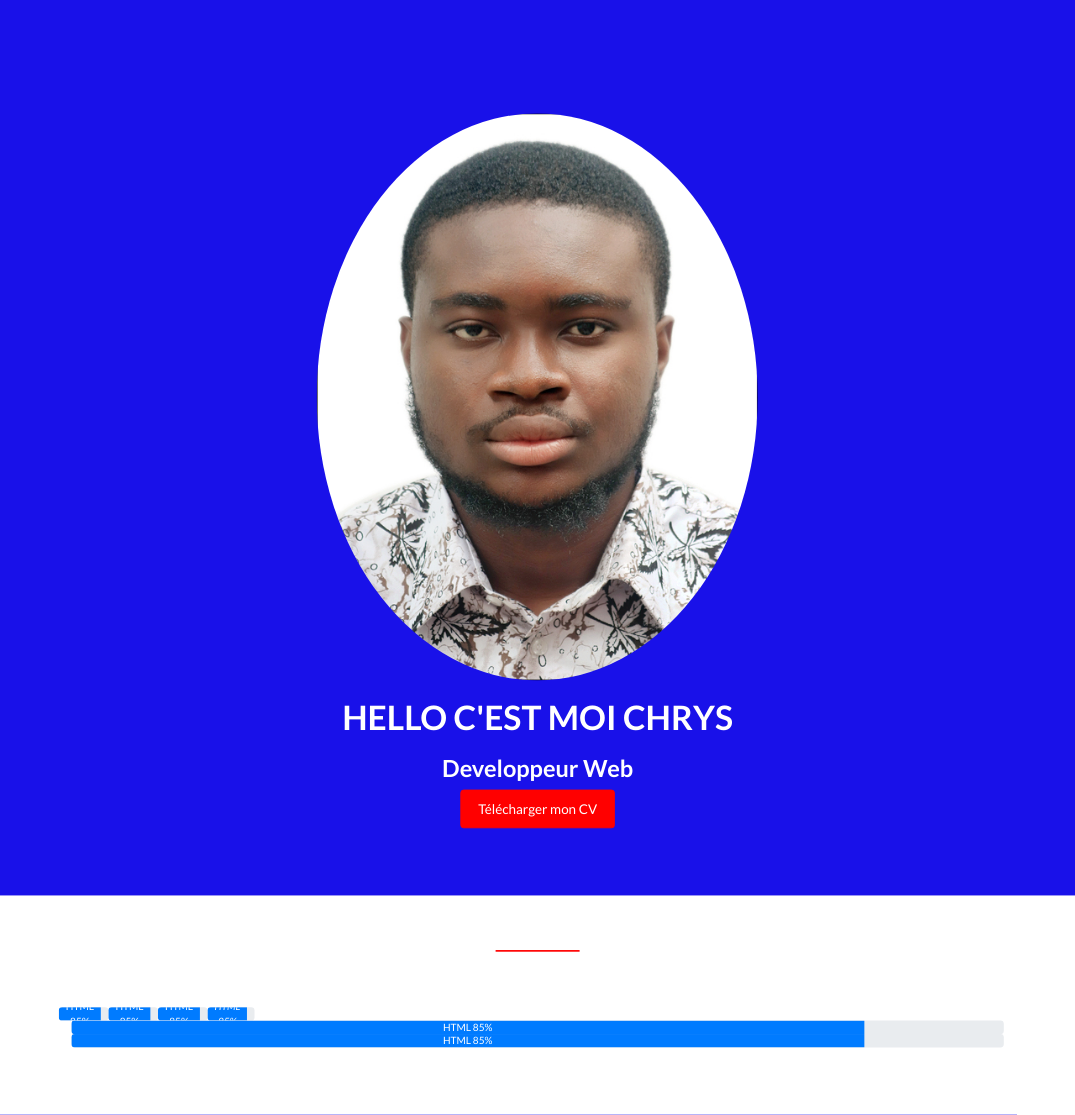
Repository: CHRYSOVR/CV_en_ligne_Interactif
Page: index.html
The author's editor kept a copy of each file at every save. The page is drawn from the files as they stood at one save, then again after the next save.
The browser window is 1280 px wide. The pictures show the whole page, at 84% of full size.

Above is the page before, as saved 2025-07-07 16:30:14.
Console error: TypeError: Cannot read properties of undefined (reading 'fn')

After the next save:
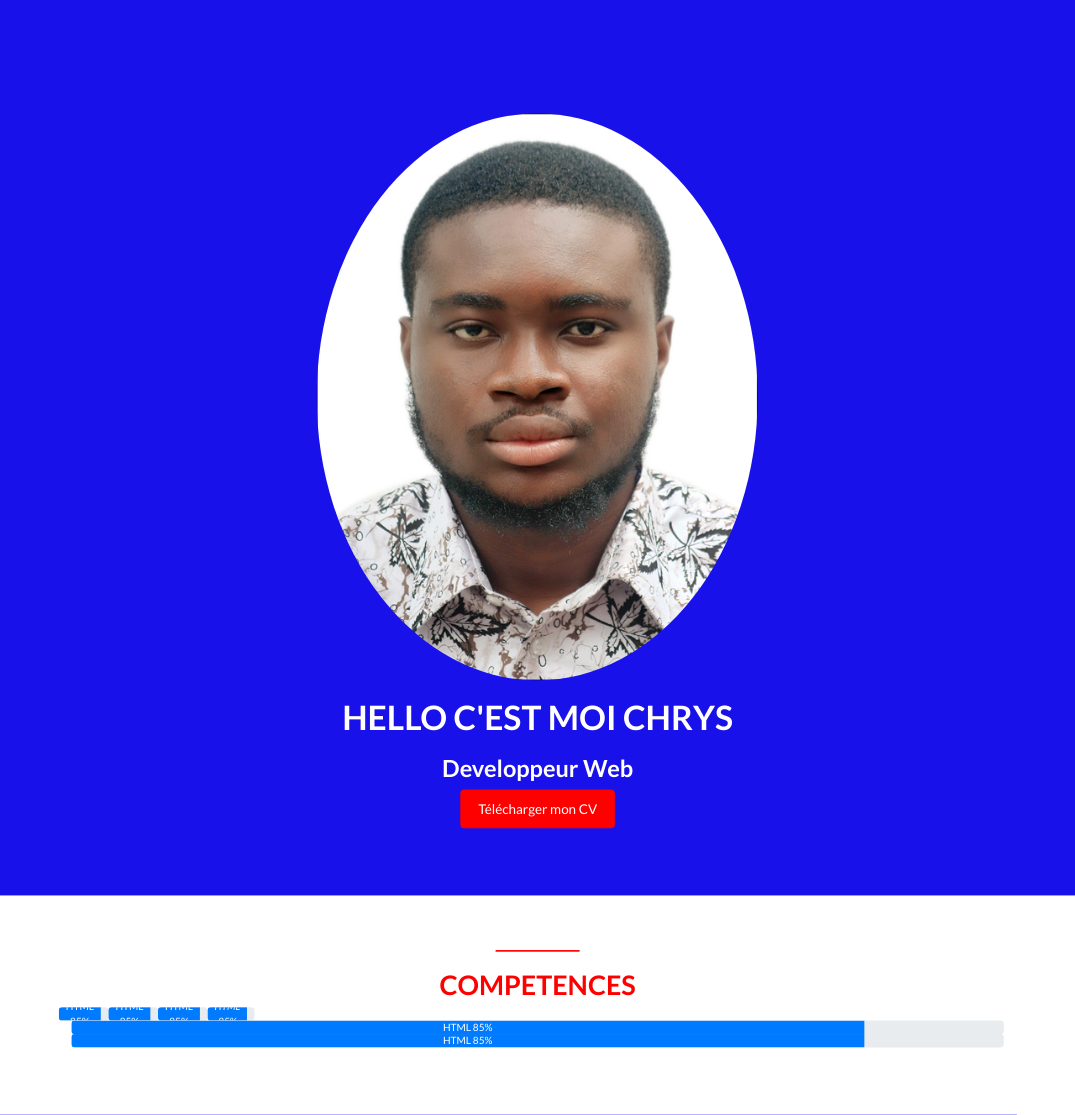
Saved 91 s later.
--- a/css/style.css
+++ b/css/style.css
@@ -64,3 +64,7 @@ img{
     font-size: 16px;
     text-decoration: none;
 }
+/*SKILLS*/
+#skills .heading h2 {
+    color:red
+}
